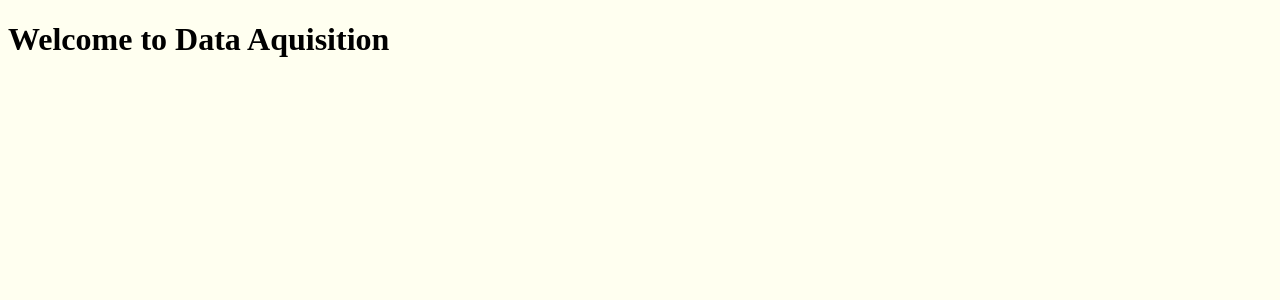
Repository: randy918/good-naked-beginning
Page: index.html
An editor plug-in stored every save of this project. The page is shown before and after a run of saves, followed by the edit.
The browser window is 1280 px wide. The pictures show the whole page.
The style sheet was rebuilt from its Sass, Less or Tailwind sources for each picture, by a compiler version that may differ from the author's.

Above is the page before, as saved 2023-01-01 14:49:38.

After the next 2 saves:
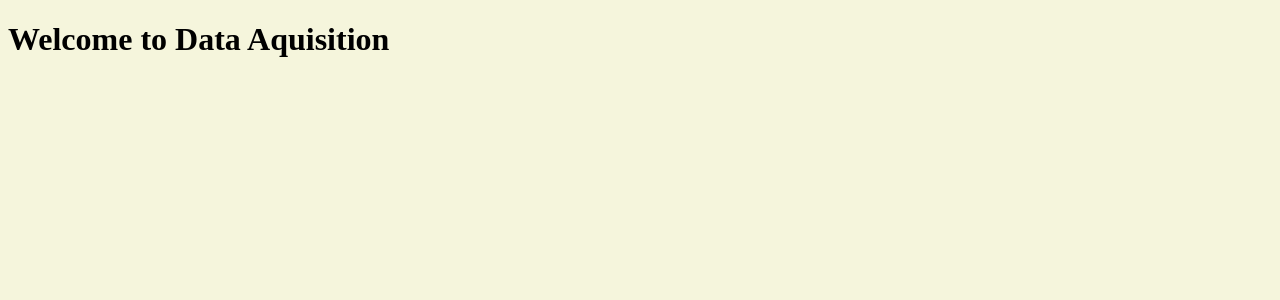
The 2 saves are shown as one change because they came seconds apart.
The last was saved 12 s later.
--- a/css/main.scss
+++ b/css/main.scss
@@ -1,5 +1,5 @@
 body {
 
-background: ivory;
+background: beige;
 
 }
